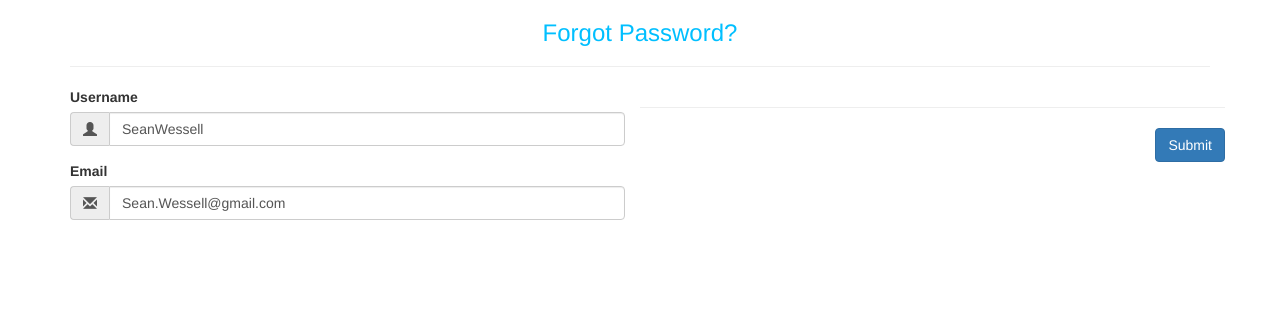
Repository: phamtailinh/webtintuc
Page: http://localhost/doicapdat/Quenmk.jsp
An editor plug-in stored every save of this project. The page is shown before and after the next save, followed by the edit.
The browser window is 1280 px wide. The pictures show the whole page.
Some web libraries are served in a nearby version. The page is served by Tomcat 9.

Above is the page before, as saved 2022-01-07 08:41:06.
Console error (its wording comes from the project's code and is left out).

After the next save:
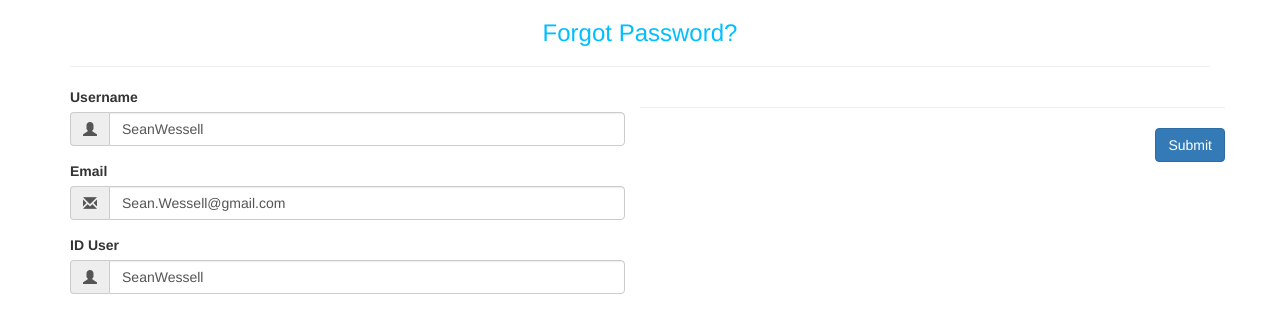
Saved 2 min 19 s later.
--- a/doicapdat/src/main/webapp/Quenmk.jsp
+++ b/doicapdat/src/main/webapp/Quenmk.jsp
@@ -109,6 +109,16 @@
 							value="Sean.Wessell@gmail.com">
 					</div>
 				</div>
+				<div class="form-group">
+               <label>ID User</label>
+					<div class="input-group">
+						<span class="input-group-addon"><span
+							class="glyphicon glyphicon-user"></span></span> <input type="text"
+							class="form-control" name="Username" id="Username"
+							placeholder="Requested Username" required value="SeanWessell">
+					</div>
+            </div>
+
 
 			</div>
 			<hr>
